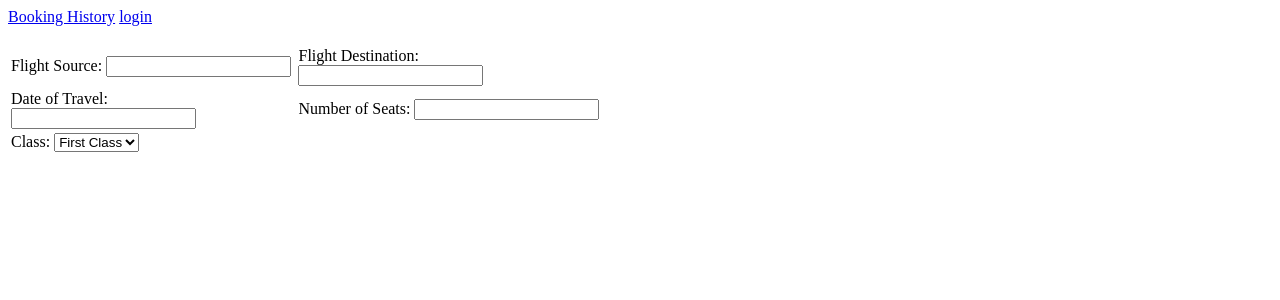
Repository: jliu9000/CSE-464---Flight-Pages
Page: http://localhost/HW1/FlightSearch.jsp
These files come from the project's save history. The page is drawn as it stood at one moment and after the next save; the edit follows.
The browser window is 1280 px wide. The pictures show the whole page.
The page is served by Tomcat 9.

Above is the page before, as saved 2014-09-21 03:00:03.

After the next save:
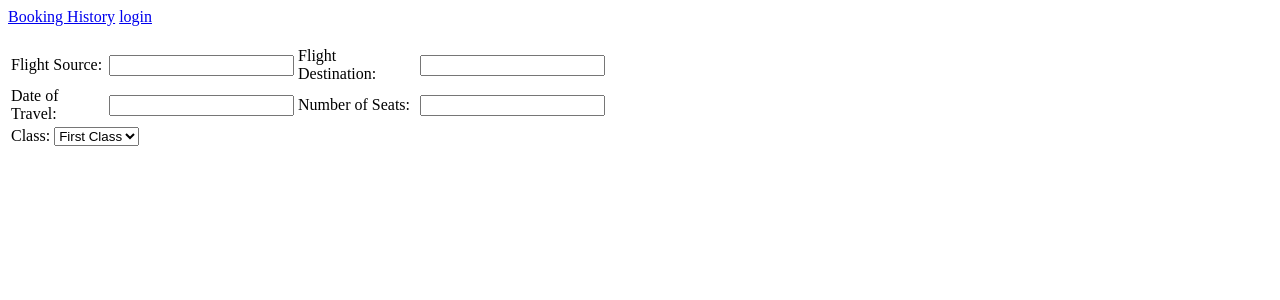
Saved 84 s later.
--- a/HW1/WebContent/FlightSearch.jsp
+++ b/HW1/WebContent/FlightSearch.jsp
@@ -25,11 +25,12 @@
 <form>
 	<table width=600>
 		<tr>
-			<TD>Flight Source: <input id="sSource"></TD>
-			<td>Flight Destination: <input id="sDestination"></td>
+			<TD>Flight Source:</td><td> <input id="sSource"></TD>
+			<td>Flight Destination:</td><td>  <input id="sDestination"></td>
 		</tr>
 		<tr>
-			<td>Date of Travel: <input id="sDate"></td><td>Number of Seats: <input id="nSeats"></td>
+			<td>Date of Travel: </td><td> <input id="sDate"></td>
+			<td>Number of Seats: </td><td> <input id="nSeats"></td>
 		</tr>
 		<tr>
 			<td colspan=2>Class:
